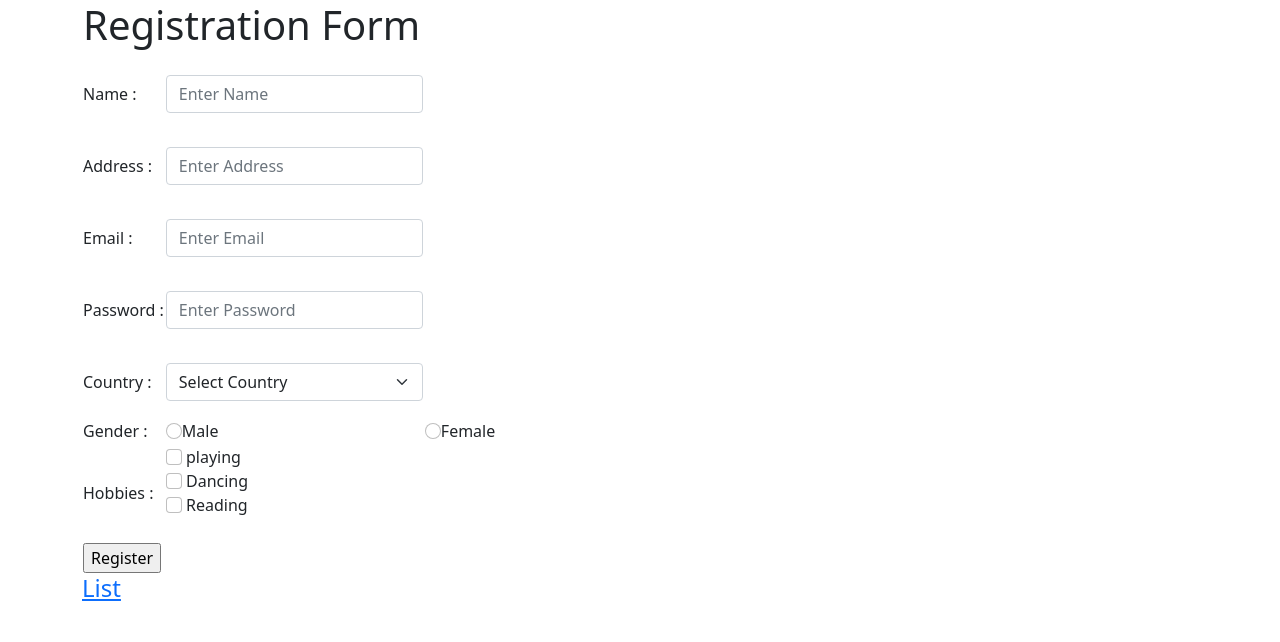
Repository: testuser85495/Java-Practical
Page: http://localhost/First_demo/
The author's editor kept a copy of each file at every save. The page is drawn from the files as they stood at one save, then again after the next save.
The browser window is 1280 px wide. The pictures show the whole page.
The page is served by Tomcat 9.

Above is the page before, as saved 2024-07-23 13:31:14.

After the next save:
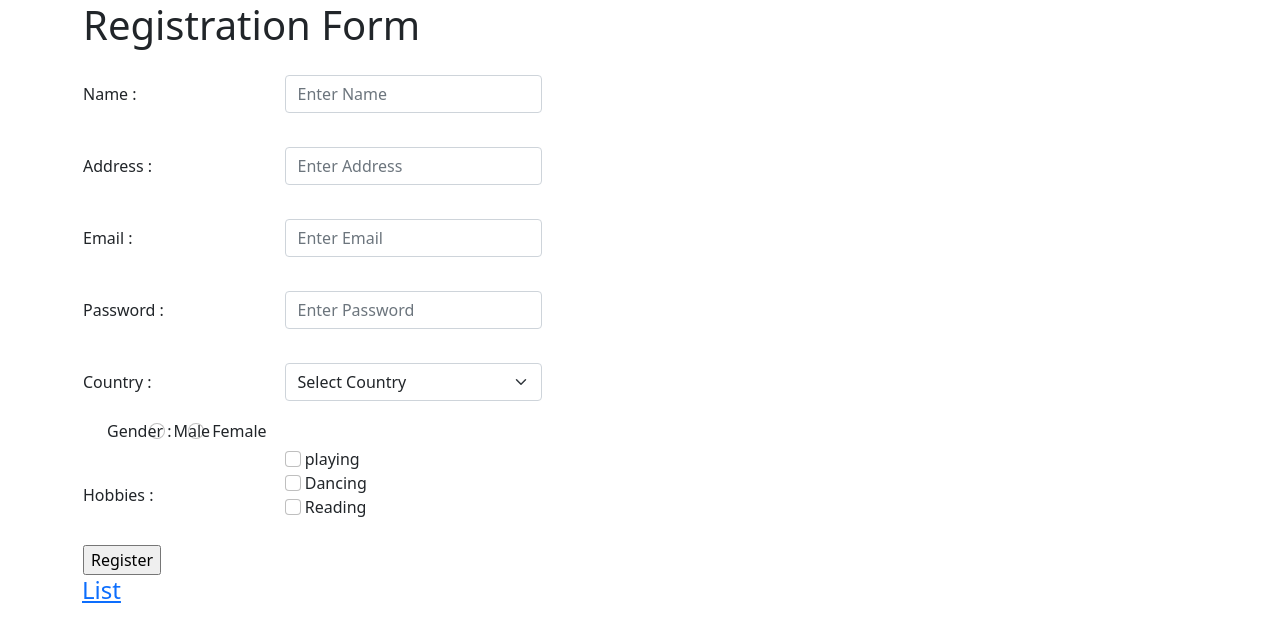
Saved 78 s later.
--- a/First_demo/src/main/webapp/index.jsp
+++ b/First_demo/src/main/webapp/index.jsp
@@ -67,7 +67,7 @@
 					</select></td>
 				</tr>
 
-				<tr>
+				<tr class="form-check form-check-inline">
 					<td><label>Gender : </label></td>
 					<td><input type="radio" name="gender" value="male" class="form-check-input">Male<br> </td>
 					<td><input type="radio" name="gender" value="female" class="form-check-input">Female<br></td>

After the save that followed:
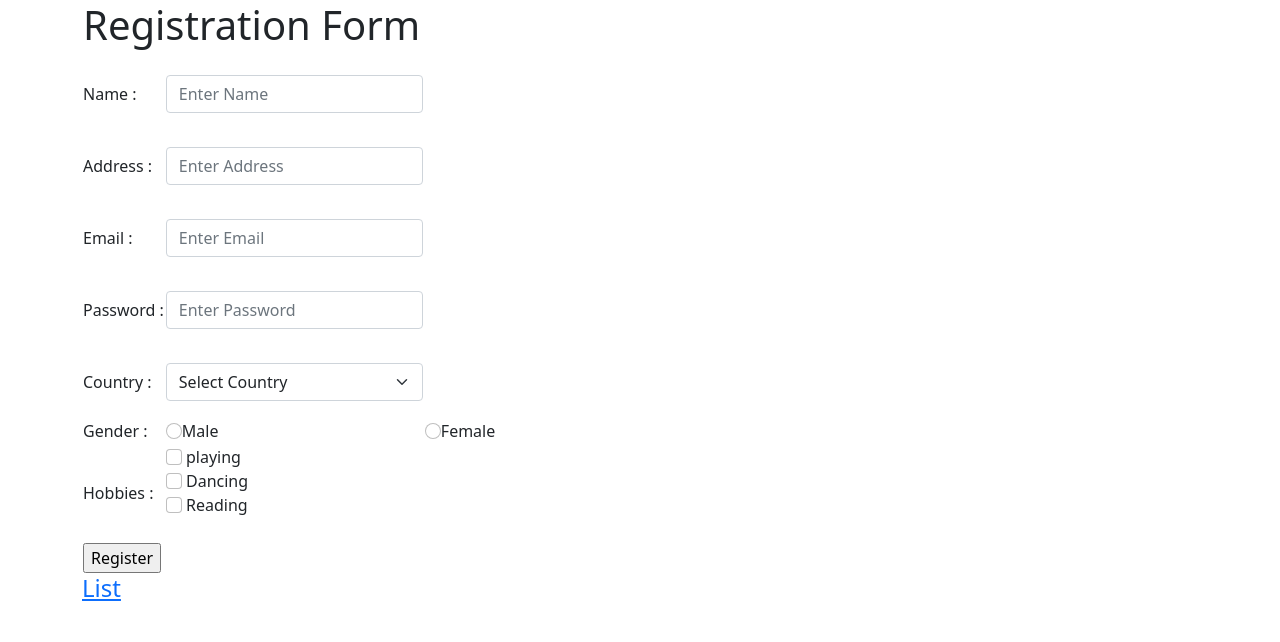
Saved 10 s later.
--- a/First_demo/src/main/webapp/index.jsp
+++ b/First_demo/src/main/webapp/index.jsp
@@ -67,7 +67,7 @@
 					</select></td>
 				</tr>
 
-				<tr class="form-check form-check-inline">
+				<tr >
 					<td><label>Gender : </label></td>
 					<td><input type="radio" name="gender" value="male" class="form-check-input">Male<br> </td>
 					<td><input type="radio" name="gender" value="female" class="form-check-input">Female<br></td>
